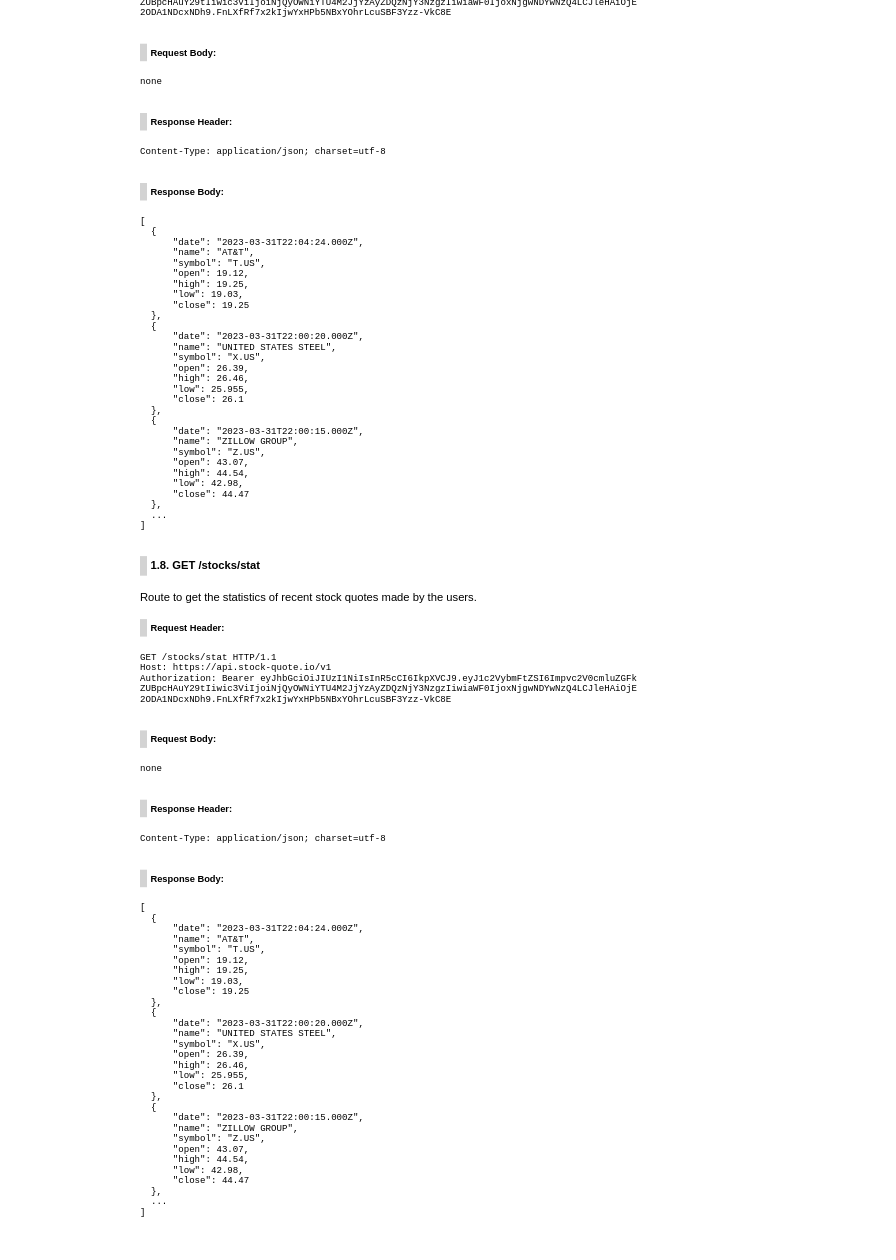
Repository: miguelamello/nest-js
Page: stock-service/reference.html
An editor plug-in stored every save of this project. The page is shown before and after the next save, followed by the edit.
The browser window is 1280 px wide. The pictures show the part of the page from y = 4359 to 6279 px (the page is 6159 px tall before and 6279 px after), at 70% of full size.

Above is the page before, as saved 2023-04-03 14:35:42.

After the next save:
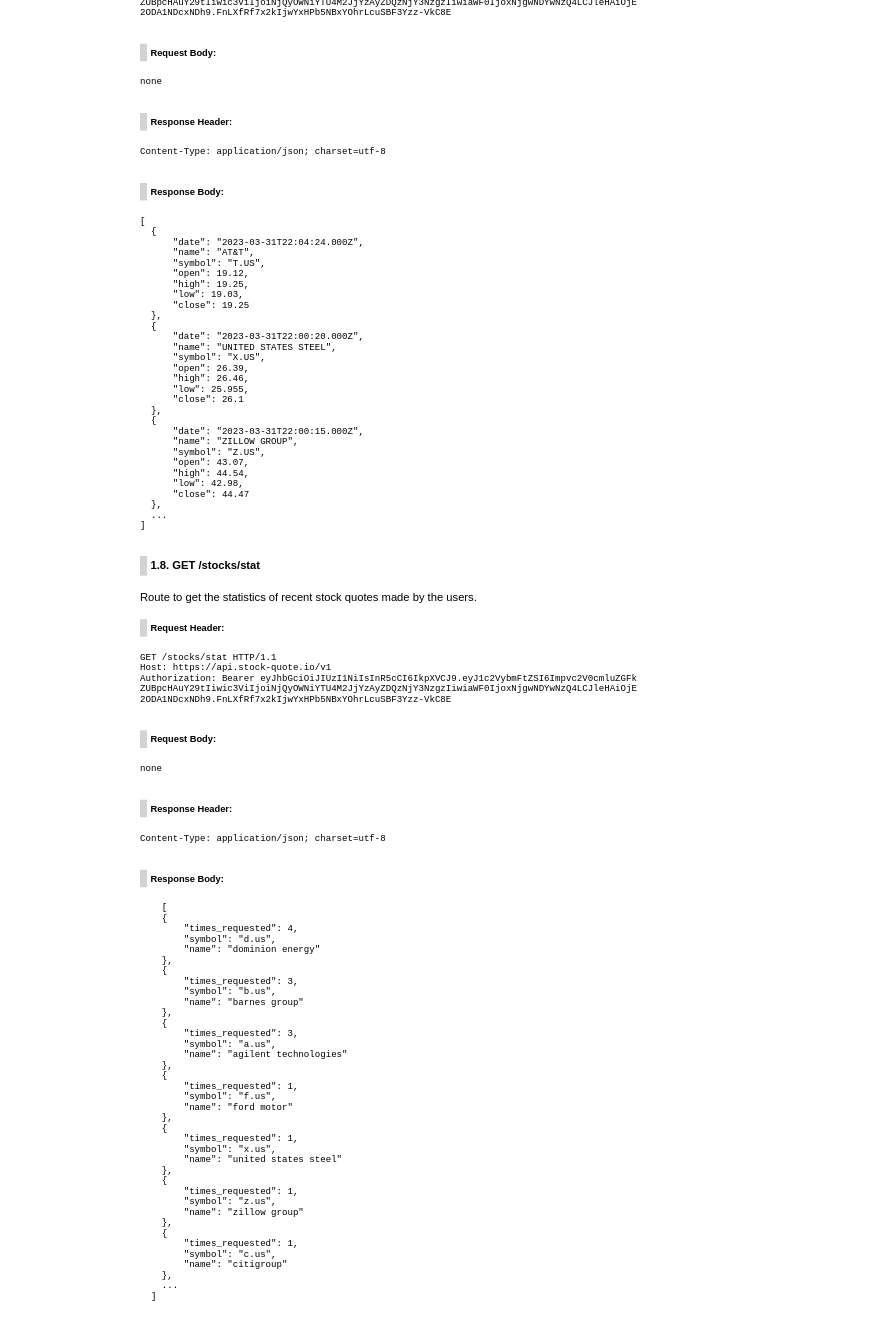
Saved 24 s later.
--- a/stock-service/reference.html
+++ b/stock-service/reference.html
@@ -355,36 +355,44 @@ Content-Type: application/json; charset=utf-8
   <h5>Response Body: </h5>
 
   <pre>
-[
-  {
-      "date": "2023-03-31T22:04:24.000Z",
-      "name": "AT&T",
-      "symbol": "T.US",
-      "open": 19.12,
-      "high": 19.25,
-      "low": 19.03,
-      "close": 19.25
-  },
-  {
-      "date": "2023-03-31T22:00:20.000Z",
-      "name": "UNITED STATES STEEL",
-      "symbol": "X.US",
-      "open": 26.39,
-      "high": 26.46,
-      "low": 25.955,
-      "close": 26.1
-  },
-  {
-      "date": "2023-03-31T22:00:15.000Z",
-      "name": "ZILLOW GROUP",
-      "symbol": "Z.US",
-      "open": 43.07,
-      "high": 44.54,
-      "low": 42.98,
-      "close": 44.47
-  },
-  ...
-]
+    [
+    {
+        "times_requested": 4,
+        "symbol": "d.us",
+        "name": "dominion energy"
+    },
+    {
+        "times_requested": 3,
+        "symbol": "b.us",
+        "name": "barnes group"
+    },
+    {
+        "times_requested": 3,
+        "symbol": "a.us",
+        "name": "agilent technologies"
+    },
+    {
+        "times_requested": 1,
+        "symbol": "f.us",
+        "name": "ford motor"
+    },
+    {
+        "times_requested": 1,
+        "symbol": "x.us",
+        "name": "united states steel"
+    },
+    {
+        "times_requested": 1,
+        "symbol": "z.us",
+        "name": "zillow group"
+    },
+    {
+        "times_requested": 1,
+        "symbol": "c.us",
+        "name": "citigroup"
+    },
+    ...
+  ]
   </pre>
 
 </body>
